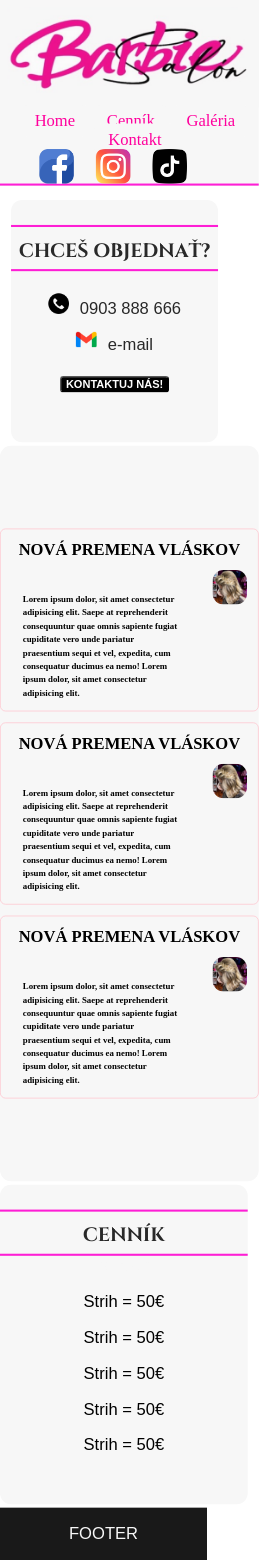
Repository: Badynko/Barbie-salon
Page: index.html
These files come from the project's save history. The page is drawn as it stood at one moment and after the next save; the edit follows.
The browser window is 375 px wide. The pictures show the whole page, at 69% of full size.
Some web fonts or font styles are not loaded; a fallback is used.

Above is the page before, as saved 2024-08-05 15:10:29.

### index.html
<!DOCTYPE html>
<html lang="en">
  <head>
    <meta charset="UTF-8" />
    <meta name="viewport" content="width=device-width, initial-scale=1.0" />
    <title>Barbie Salón</title>
    <link rel="stylesheet" href="css/style.css" />

    <link rel="preconnect" href="https://fonts.googleapis.com" />
    <link rel="preconnect" href="https://fonts.gstatic.com" crossorigin />
    <link
      href="https://fonts.googleapis.com/css2?family=Cinzel+Decorative:wght@400;700;900&family=Inter:wght@100..900&display=swap"
      rel="stylesheet"
    />

    <link rel="preconnect" href="https://fonts.googleapis.com" />
    <link rel="preconnect" href="https://fonts.gstatic.com" crossorigin />
    <link
      href="https://fonts.googleapis.com/css2?family=Cinzel+Decorative:wght@400;700;900&family=Cinzel:wght@400..900&family=Inter:wght@100..900&display=swap"
      rel="stylesheet"
    />

    <link rel="preconnect" href="https://fonts.googleapis.com" />
    <link rel="preconnect" href="https://fonts.gstatic.com" crossorigin />
    <link
      href="https://fonts.googleapis.com/css2?family=Cinzel+Decorative:wght@400;700;900&family=Cinzel:wght@400..900&family=Gupter:wght@400;500;700&family=Inter:wght@100..900&display=swap"
      rel="stylesheet"
    />
  </head>
  <body>
    <header>
      <div class="logo">
        <img src="img/logo-new.png" alt="logo" width="500px" height="auto" />
      </div>
      <nav>
        <ul class="menu">
          <li><a href="#">Home</a></li>
          <li><a href="#">Cenník</a></li>
          <li><a href="#">Galéria</a></li>
          <li><a href="#">Kontakt</a></li>
        </ul>
      </nav>
      <div class="social">
        <img src="img/fb.png" alt="FB" width="50px" height="auto" />
        <img src="img/ig.png" alt="IG" width="50px" height="auto" />
        <img src="img/tiktok.png" alt="tiktok" width="50px" height="auto" />
      </div>
    </header>
    <div class="main">
      <aside class="left">
        <h3 class="left-title">Chceš objednať?</h3>
        <ul class="termin-list">
          <li><img
              src="img/phone.png"
              alt="phone"
              width="30px"
              class="img-gmail"
            /><a href="#" class="contact-gmail"><a href="#">0903 888 666</a></li>
          <li>
            <img
              src="img/gmail.png"
              alt="gmail"
              width="30px"
              class="img-gmail"
            /><a href="#" class="contact-gmail">e-mail</a>
          </li>
        </ul>
        <button class="left-sub">Kontaktuj nás!</button>
      </aside>
      <main>
        <section class="container-main">
          <div class="post">
            <h4>Nová premena vláskov</h4>
            <div class="post-content">
              <p>
                Lorem ipsum dolor, sit amet consectetur adipisicing elit. Saepe
                at reprehenderit consequuntur quae omnis sapiente fugiat
                cupiditate vero unde pariatur praesentium sequi et vel,
                expedita, cum consequatur ducimus ea nemo! Lorem ipsum dolor,
                sit amet consectetur adipisicing elit.
              </p>
              <img
                src="img/post.jpg"
                alt="hairs"
                width="1440px"
                height="1440px"
                class="post-img"
              />
            </div>
          </div>
          <div class="post">
            <h4>Nová premena vláskov</h4>
            <div class="post-content">
              <p>
                Lorem ipsum dolor, sit amet consectetur adipisicing elit. Saepe
                at reprehenderit consequuntur quae omnis sapiente fugiat
                cupiditate vero unde pariatur praesentium sequi et vel,
                expedita, cum consequatur ducimus ea nemo! Lorem ipsum dolor,
                sit amet consectetur adipisicing elit.
              </p>
              <img
                src="img/post.jpg"
                alt="hairs"
                width="150px"
                class="post-img"
              />
            </div>
          </div>
          <div class="post">
            <h4>Nová premena vláskov</h4>
            <div class="post-content">
              <p>
                Lorem ipsum dolor, sit amet consectetur adipisicing elit. Saepe
                at reprehenderit consequuntur quae omnis sapiente fugiat
                cupiditate vero unde pariatur praesentium sequi et vel,
                expedita, cum consequatur ducimus ea nemo! Lorem ipsum dolor,
                sit amet consectetur adipisicing elit.
              </p>
              <img
                src="img/post.jpg"
                alt="hairs"
                width="150px"
                class="post-img"
              />
            </div>
          </div>
        </section>
      </main>
      <aside class="right">
        <h3 class="right-title">Cenník</h3>
        saidbad
        <ul class="prices">
          <li>
            <p class="price">Strih = 50€</p>
          </li>
          <li><p class="price">Strih = 50€</p></li>
          <li><p class="price">Strih = 50€</p></li>
          <li><p class="price">Strih = 50€</p></li>
          <li><p class="price">Strih = 50€</p></li>
        </ul>
      </aside>
    </div>
    <footer>FOOTER</footer>
  </body>
</html>

### css/style.css
* {
  margin: 0;
  box-sizing: border-box;
}

body {
  height: 95vh;
  font-family: sans-serif;
  text-align: center;
  color: #f7f7f7;
  font-size: 24px;
  display: flex;
  flex-direction: column;
  gap: 5px;
}

header {
  background: #f7f7f7;
  padding: 0;
  display: flex;
  flex-direction: row;
  align-items: center;
  border-bottom: 3px solid #fe1ed5;
  margin-bottom: 1rem;
}

.main {
  display: flex;
  flex: 1;
  gap: 5px;
}

.left {
  background: #f7f7f7;
  padding: 1.5em 0 3em 0;
  flex: 1 1 100px;
  margin-left: 1rem;

  border-radius: 1rem;
}

main {
  background: #f7f7f7;
  padding: 3em 0 3em 0;
  flex: 5 5 150px;

  border-radius: 1rem;
}

.right {
  background: #f7f7f7;
  padding: 1.5em 0 3em 0;
  margin-right: 1rem;

  border-radius: 1rem;
  flex: 1 1 150px;
}

footer {
  background: #191919;
  padding: 1em 0 1em 0;
}

/* CONTENT */

img {
  margin: 0;
  padding: 0;
}

nav {
  margin-left: 1rem;
  font-family: "Cinzel Decorative", serif;
  font-weight: 400;
  font-style: normal;
}

ul {
  padding-bottom: 0;
  padding-left: 0;
}

.menu a:link {
  text-decoration: none;
  padding-right: 3rem;
  margin-right: 0;

  background-color: #f7f7f7;
  padding: 10px 20px;
  color: #ff009d;
  border-radius: 10px;
  text-decoration: none;
}

.menu a:visited {
  color: #ff009d;
}

.menu a:hover {
  font-weight: 800;
}

.menu li {
  display: inline-block;
}

.left-title {
  padding-top: 1rem;
  padding-bottom: 0.5rem;
  text-transform: uppercase;
  color: rgb(41, 41, 41);
  border-top: 3px solid #fe1ed5;
  border-bottom: 3px solid #fe1ed5;
  font-family: "Cinzel", serif;
}

.right-title {
  padding-top: 1rem;
  padding-bottom: 0.5rem;
  text-transform: uppercase;
  color: rgb(41, 41, 41);
  border-top: 3px solid #fe1ed5;
  border-bottom: 3px solid #fe1ed5;
  font-family: "Cinzel", serif;
}

.termin-list {
  list-style: none;
  padding-left: 0;
  padding-top: 1rem;
}

.termin-list li {
  padding-top: 1rem;
  color: #282828;
}

.termin-list a:link {
  text-decoration: none;
  color: #282828;
}

.termin-list a:visited {
  text-decoration: none;
  color: #282828;
}

.date-list a:link {
  text-decoration: none;
  color: #282828;
}

.date-list a:visited {
  text-decoration: none;
  color: #282828;
}

.date-list a:hover {
}

.left-sub {
  margin-top: 2rem;
  font-size: 1rem;
  color: white;
  background: black;
  border-radius: 5px;
  text-transform: uppercase;
  font-weight: 600;
}

.date-list {
  margin-top: 1rem;
  padding: 0;
  font-size: 1rem;
  display: flex;
  flex: 1 1;
  list-style: none;

  font-weight: bold;
}

.date-list li {
  padding: 0.5rem;
}

.post {
  border-radius: 0.5rem;
  background-color: #f7f7f7;
  margin-left: 100px;
  margin-right: 100px;
  padding-bottom: 1rem;
  border: 1px solid pink;
}

.post h4 {
  color: #000;
  padding-top: 1rem;
  font-family: "Gupter", serif;
  text-transform: uppercase;
}

.post p {
  color: #000;
  font-size: 1rem;
  text-align: left;

  margin-top: 50px;
  margin-left: 2rem;
  width: 60%;
}

.post-content {
  display: flex;
  flex-direction: row;
  justify-content: space-between;
}

.post-content p {
  font-size: 0.8rem;
  line-height: 1.5;
  font-family: "Gupter", serif;
  font-weight: 600;
  letter-spacing: 1.2;
}

.post-img {
  width: 200px;
  height: auto;
  margin: 1rem;
  border-radius: 1rem;
}

.logo img {
}

.social {
  margin-right: 3rem;
  display: flex;
  flex: 1 1;
  flex-direction: row;
  justify-content: flex-end;
  gap: 2rem;
}

.container-main {
  display: flex;
  flex-direction: column;
  gap: 1rem;
  font-family: "Cinzel", serif;
}

.contact-gmail {
  margin-top: -10px;
}

.img-gmail {
  margin-right: 1rem;
}

.prices {
  color: #000;
  list-style: none;
}

.price {
  margin-top: 1.5rem;
}

@media all and (max-width: 550px) {
  body {
    max-width: 100%;
  }
  .main {
    flex-direction: column;
  }

  main {
    padding: 5em 0 5em 0;
  }

  header {
    flex-direction: column;
    flex: 1 1;
  }

  .logo img {
    width: 100%;
  }

  .post img {
    width: 50px;
    height: 50px;
  }

  .left {
    width: 80%;
  }

  .post {
    margin-left: 0;
    margin-right: 0;
  }

  .right {
    flex: 1 1 100px;
  }

  footer {
    width: 80%;
  }
}

After the next save:
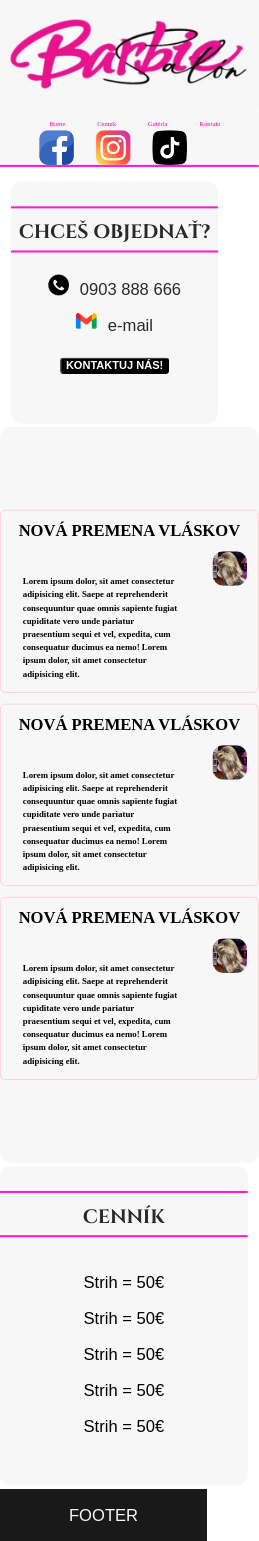
Saved 50 s later.
--- a/css/style.css
+++ b/css/style.css
@@ -308,4 +308,8 @@
   footer {
     width: 80%;
   }
-}
+
+  .menu a:link {
+    font-size: 0.6rem;
+  }
+}

After the save that followed:
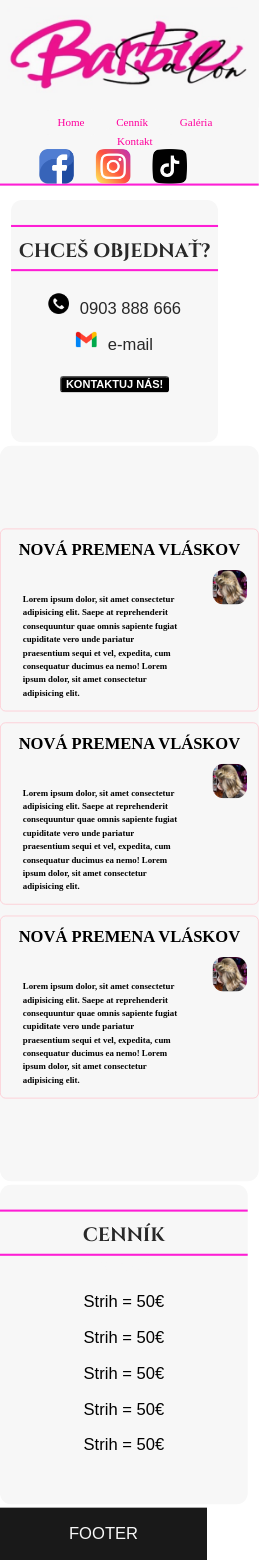
Saved 7 s later.
--- a/css/style.css
+++ b/css/style.css
@@ -310,6 +310,6 @@
   }
 
   .menu a:link {
-    font-size: 0.6rem;
-  }
-}
+    font-size: 1rem;
+  }
+}
